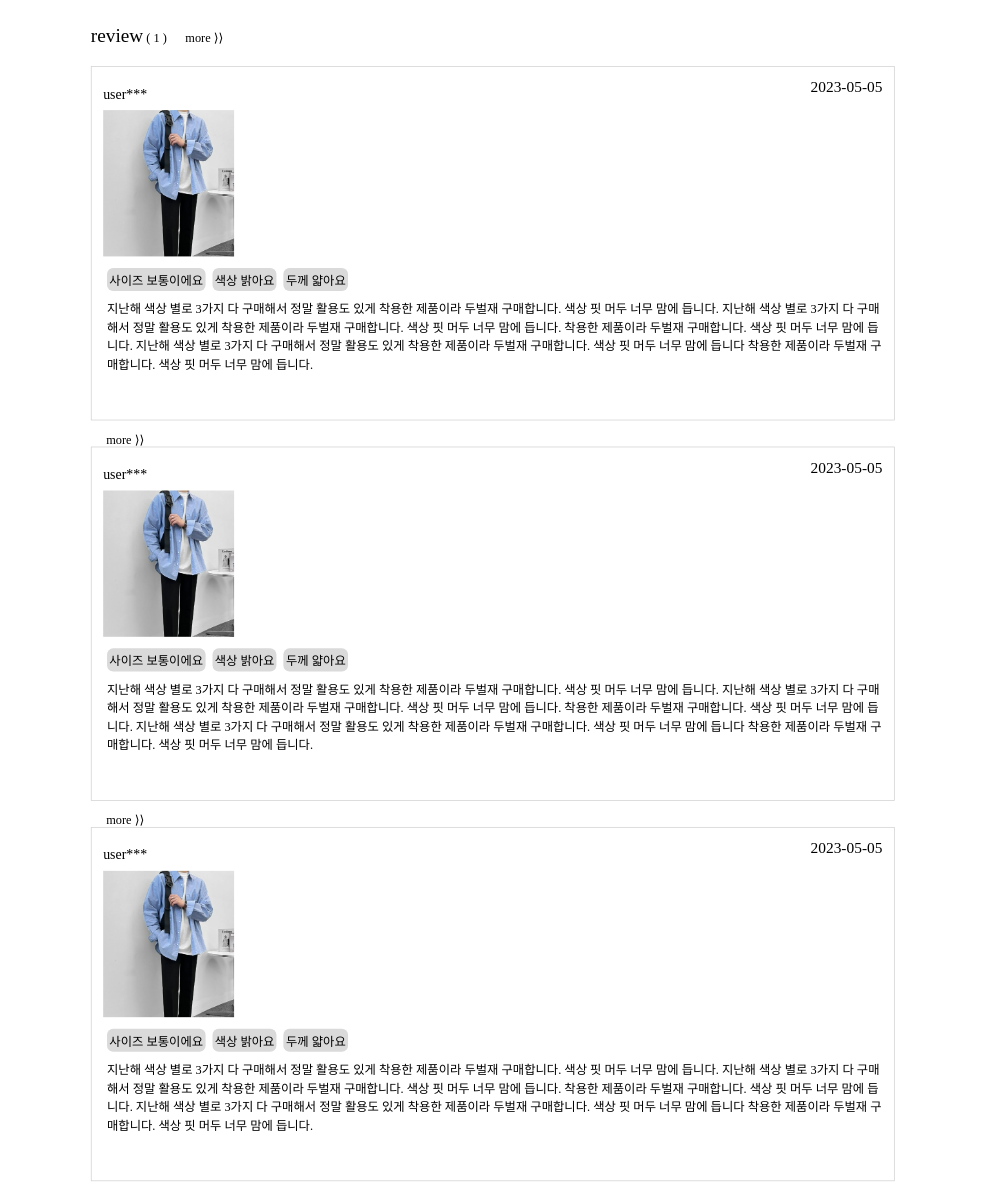
Repository: mcw9503/PassionForFashion
Page: Semi_Project/src/main/webapp/WEB-INF/reviewBoard.html
The author's editor kept a copy of each file at every save. The page is drawn from the files as they stood at one save, then again after the next save.
The browser window is 1280 px wide. The pictures show the whole page, at 77% of full size.

Above is the page before, as saved 2023-05-08 13:41:44.

### Semi_Project/src/main/webapp/WEB-INF/reviewBoard.html
<!DOCTYPE html>
<html>
<head>
<meta charset="UTF-8">
<title>Insert title here</title>
</head>
<body>

<style>

.reviewComment {
	display: inline-block;
	background: rgb(218, 218, 218);
	border-radius: 8px;
	padding: 3px;
	color: black;
	margin-left: 5px;
}
</style>

<div class="reviewWrap"
		style="margin-left: 110px; margin-right: 110px; margin-top: 5px; margin-bottom: 15px;">
		<h3 style="display: inline-block; font-size: 25px; font-weight: 200;">review</h3>
		( <span>1</span> )
		<span style="margin-left: 20px; font-weight: 200;"> more &rang;&rang;</span>
		<div class="textbox" style="border: 1px solid lightgray; padding: 15px;">
			<div>
				<div class="nickName"
					style="font-size: 18px; margin-top: 10px; margin-bottom: 10px; display: inline-block; font-weight: 400;">user***</div>
				<span style="float: right; font-size: 20px; font-weight: 200;">2023-05-05</span>
			</div>
			<img src="img/review.jpg" alt=""
				style="width: 170px; height: 190px; display: inline-block; float: left; margin-bottom: 15px" />

			<div style="display: inline-block; width: 100%; margin-bottom: 30px;">
				<span class="reviewComment" style="font-weight: 400;">사이즈 보통이에요</span>
				<span class="reviewComment" style="font-weight: 400;">색상 밝아요</span>
				<span class="reviewComment" style="font-weight: 400;">두께 얇아요</span>

				<p style="margin-left: 5px; margin-top: 10px; font-weight: 200;">지난해 색상 별로 3가지 다
					구매해서 정말 활용도 있게 착용한 제품이라 두벌재 구매합니다. 색상 핏 머두 너무 맘에 듭니다. 지난해 색상 별로 3가지
					다 구매해서 정말 활용도 있게 착용한 제품이라 두벌재 구매합니다. 색상 핏 머두 너무 맘에 듭니다. 착용한 제품이라
					두벌재 구매합니다. 색상 핏 머두 너무 맘에 듭니다. 지난해 색상 별로 3가지 다 구매해서 정말 활용도 있게 착용한
					제품이라 두벌재 구매합니다. 색상 핏 머두 너무 맘에 듭니다 착용한 제품이라 두벌재 구매합니다. 색상 핏 머두 너무 맘에
					듭니다.</p>
			</div>
		</div>
	</div>

	<div class="reviewWrap"
		style="margin-left: 110px; margin-right: 110px; margin-top: 5px; margin-bottom: 15px;">
		<span style="margin-left: 20px; font-weight: 200;"> more &rang;&rang;</span>
		<div class="textbox" style="border: 1px solid lightgray; padding: 15px;">
			<div>
				<div class="nickName"
					style="font-size: 18px; margin-top: 10px; margin-bottom: 10px; display: inline-block; font-weight: 400;">user***</div>
				<span style="float: right; font-size: 20px; font-weight: 200;">2023-05-05</span>
			</div>
			<img src="img/review.jpg" alt=""
				style="width: 170px; height: 190px; display: inline-block; float: left; margin-bottom: 15px" />

			<div style="display: inline-block; width: 100%; margin-bottom: 30px;">
				<span class="reviewComment" style="font-weight: 400;">사이즈 보통이에요</span>
				<span class="reviewComment" style="font-weight: 400;">색상 밝아요</span>
				<span class="reviewComment" style="font-weight: 400;">두께 얇아요</span>

				<p style="margin-left: 5px; margin-top: 10px; font-weight: 200;">지난해 색상 별로 3가지 다
					구매해서 정말 활용도 있게 착용한 제품이라 두벌재 구매합니다. 색상 핏 머두 너무 맘에 듭니다. 지난해 색상 별로 3가지
					다 구매해서 정말 활용도 있게 착용한 제품이라 두벌재 구매합니다. 색상 핏 머두 너무 맘에 듭니다. 착용한 제품이라
					두벌재 구매합니다. 색상 핏 머두 너무 맘에 듭니다. 지난해 색상 별로 3가지 다 구매해서 정말 활용도 있게 착용한
					제품이라 두벌재 구매합니다. 색상 핏 머두 너무 맘에 듭니다 착용한 제품이라 두벌재 구매합니다. 색상 핏 머두 너무 맘에
					듭니다.</p>
			</div>
		</div>
	</div>


	<div class="reviewWrap"
		style="margin-left: 110px; margin-right: 110px; margin-top: 5px; margin-bottom: 15px;">
		<span style="margin-left: 20px; font-weight: 200;"> more &rang;&rang;</span>
		<div class="textbox" style="border: 1px solid lightgray; padding: 15px;">
			<div>
				<div class="nickName"
					style="font-size: 18px; margin-top: 10px; margin-bottom: 10px; display: inline-block; font-weight: 400;">user***</div>
				<span style="float: right; font-size: 20px; font-weight: 200;">2023-05-05</span>
			</div>
			<img src="img/review.jpg" alt=""
				style="width: 170px; height: 190px; display: inline-block; float: left; margin-bottom: 15px" />

			<div style="display: inline-block; width: 100%; margin-bottom: 30px;">
				<span class="reviewComment" style="font-weight: 400;">사이즈 보통이에요</span>
				<span class="reviewComment" style="font-weight: 400;">색상 밝아요</span>
				<span class="reviewComment" style="font-weight: 400;">두께 얇아요</span>

				<p style="margin-left: 5px; margin-top: 10px; font-weight: 200;">지난해 색상 별로 3가지 다
					구매해서 정말 활용도 있게 착용한 제품이라 두벌재 구매합니다. 색상 핏 머두 너무 맘에 듭니다. 지난해 색상 별로 3가지
					다 구매해서 정말 활용도 있게 착용한 제품이라 두벌재 구매합니다. 색상 핏 머두 너무 맘에 듭니다. 착용한 제품이라
					두벌재 구매합니다. 색상 핏 머두 너무 맘에 듭니다. 지난해 색상 별로 3가지 다 구매해서 정말 활용도 있게 착용한
					제품이라 두벌재 구매합니다. 색상 핏 머두 너무 맘에 듭니다 착용한 제품이라 두벌재 구매합니다. 색상 핏 머두 너무 맘에
					듭니다.</p>
			</div>
		</div>
	</div>




</body>
</html>

After the next save:
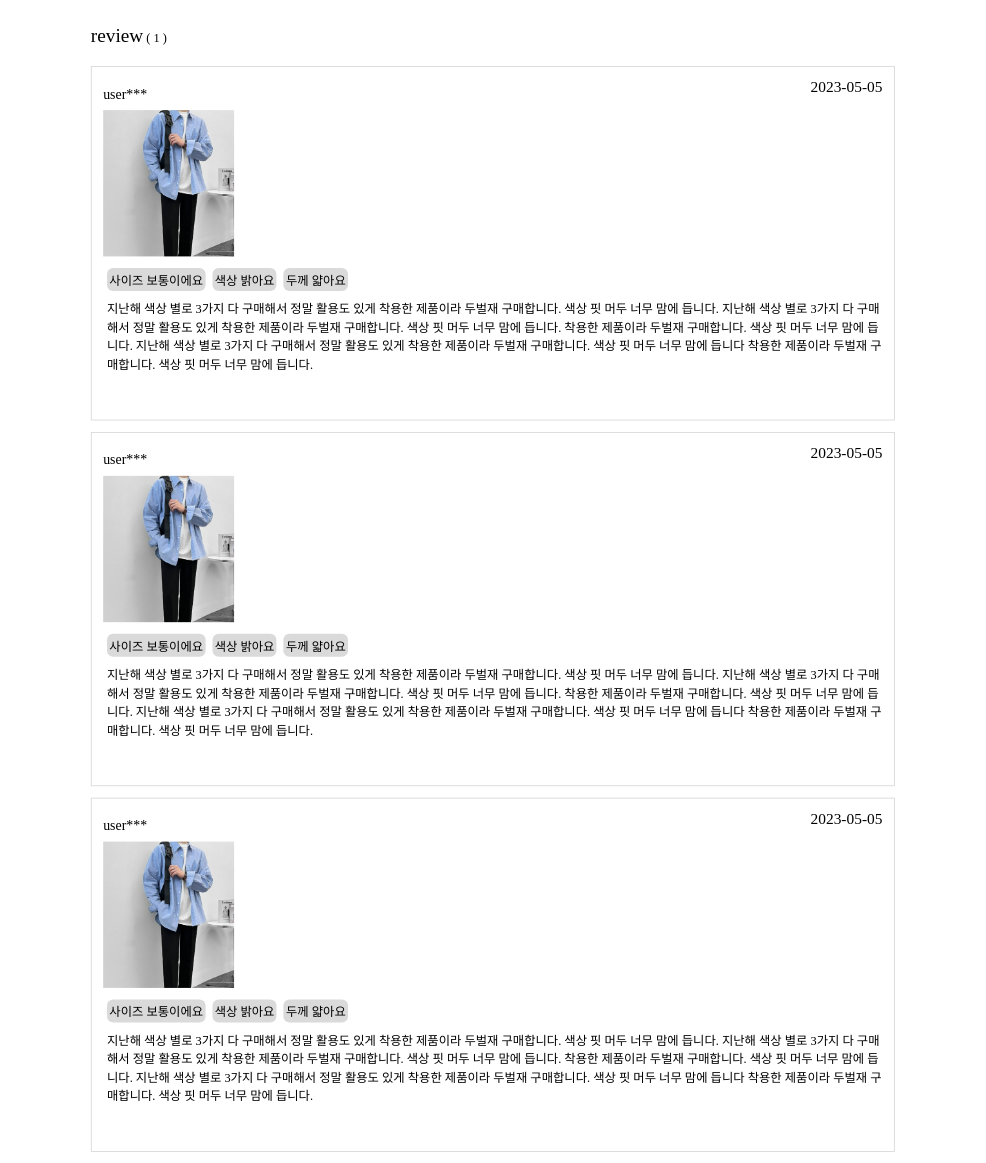
Saved 86 s later.
--- a/Semi_Project/src/main/webapp/WEB-INF/reviewBoard.html
+++ b/Semi_Project/src/main/webapp/WEB-INF/reviewBoard.html
@@ -22,7 +22,6 @@
 		style="margin-left: 110px; margin-right: 110px; margin-top: 5px; margin-bottom: 15px;">
 		<h3 style="display: inline-block; font-size: 25px; font-weight: 200;">review</h3>
 		( <span>1</span> )
-		<span style="margin-left: 20px; font-weight: 200;"> more &rang;&rang;</span>
 		<div class="textbox" style="border: 1px solid lightgray; padding: 15px;">
 			<div>
 				<div class="nickName"
@@ -49,7 +48,6 @@
 
 	<div class="reviewWrap"
 		style="margin-left: 110px; margin-right: 110px; margin-top: 5px; margin-bottom: 15px;">
-		<span style="margin-left: 20px; font-weight: 200;"> more &rang;&rang;</span>
 		<div class="textbox" style="border: 1px solid lightgray; padding: 15px;">
 			<div>
 				<div class="nickName"
@@ -77,7 +75,6 @@
 
 	<div class="reviewWrap"
 		style="margin-left: 110px; margin-right: 110px; margin-top: 5px; margin-bottom: 15px;">
-		<span style="margin-left: 20px; font-weight: 200;"> more &rang;&rang;</span>
 		<div class="textbox" style="border: 1px solid lightgray; padding: 15px;">
 			<div>
 				<div class="nickName"
